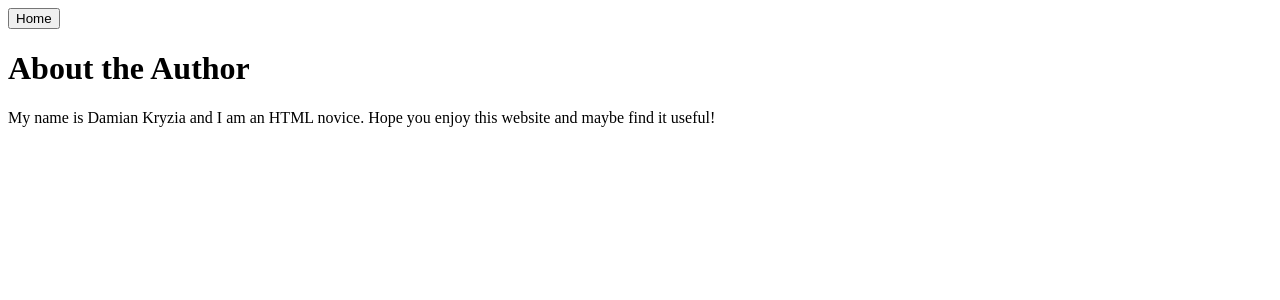
Repository: DamianKryzia/DamianKryzia.github.io
Page: DamianWebsite/aboutme.html
The author's editor kept a record of every edit. The page is drawn from the files as they stood at one moment, then again after the next edit.
The browser window is 1280 px wide. The pictures show the whole page.

Above is the page before.

After the next edit:
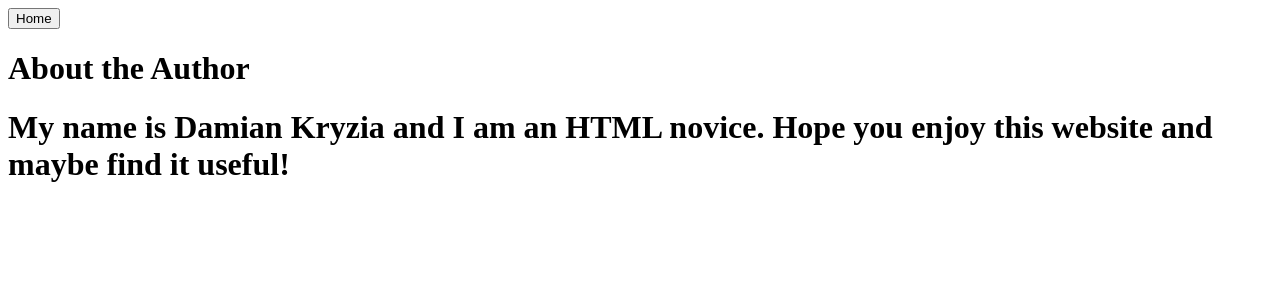
The edit:
--- a/DamianWebsite/aboutme.html
+++ b/DamianWebsite/aboutme.html
@@ -7,7 +7,7 @@
         <h1> About the Author </h1>
     </head>
     <body>
-        <t1>
+        <h1>
              My name is Damian Kryzia and I am an HTML novice.
              Hope you enjoy this website and maybe find it useful!
         <t1>
